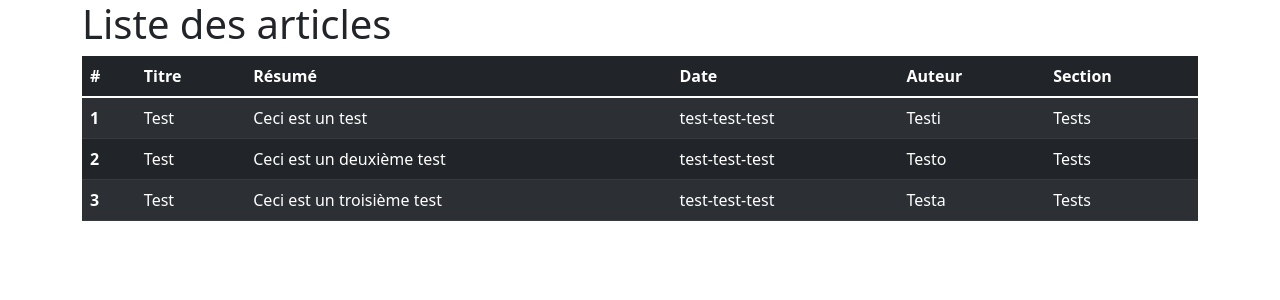
Repository: QuentinFayt/NewsWeb
Page: sources/adminNewsWeb/articlesList.html
The author's editor kept a copy of each file at every save. The page is drawn from the files as they stood at one save, then again after the next save.
The browser window is 1280 px wide. The pictures show the whole page.

Above is the page before, as saved 2021-12-23 11:54:19.

### sources/adminNewsWeb/articlesList.html
<!doctype html>
<html lang="fr">

<head>
    <meta charset="utf-8">
    <meta name="viewport" content="width=device-width, initial-scale=1">
    <link href="https://cdn.jsdelivr.net/npm/bootstrap@5.1.3/dist/css/bootstrap.min.css" rel="stylesheet" integrity="sha384-1BmE4kWBq78iYhFldvKuhfTAU6auU8tT94WrHftjDbrCEXSU1oBoqyl2QvZ6jIW3" crossorigin="anonymous">
    <title>Liste des articles</title>
</head>

<body>
    <main class="container">
        <h1>Liste des articles</h1>
        <table class="table table-dark table-striped">
            <thead>
                <tr>
                    <th scope="col">#</th>
                    <th scope="col">Titre</th>
                    <th scope="col">Résumé</th>
                    <th scope="col">Date</th>
                    <th scope="col">Auteur</th>
                    <th scope="col">Section</th>
                </tr>
            </thead>
            <tbody>
                <tr>
                    <th scope="row">1</th>
                    <td>Test</td>
                    <td>Ceci est un test</td>
                    <td>test-test-test</td>
                    <td>Testi</td>
                    <td>Tests</td>
                </tr>
                <tr>
                    <th scope="row">2</th>
                    <td>Test</td>
                    <td>Ceci est un deuxième test</td>
                    <td>test-test-test</td>
                    <td>Testo</td>
                    <td>Tests</td>
                </tr>
                <tr>
                    <th scope="row">3</th>
                    <td>Test</td>
                    <td>Ceci est un troisième test</td>
                    <td>test-test-test</td>
                    <td>Testa</td>
                    <td>Tests</td>
                </tr>
            </tbody>
        </table>
    </main>
    <script src="https://cdn.jsdelivr.net/npm/bootstrap@5.1.3/dist/js/bootstrap.bundle.min.js" integrity="sha384-ka7Sk0Gln4gmtz2MlQnikT1wXgYsOg+OMhuP+IlRH9sENBO0LRn5q+8nbTov4+1p" crossorigin="anonymous"></script>
</body>

</html>

After the next save:
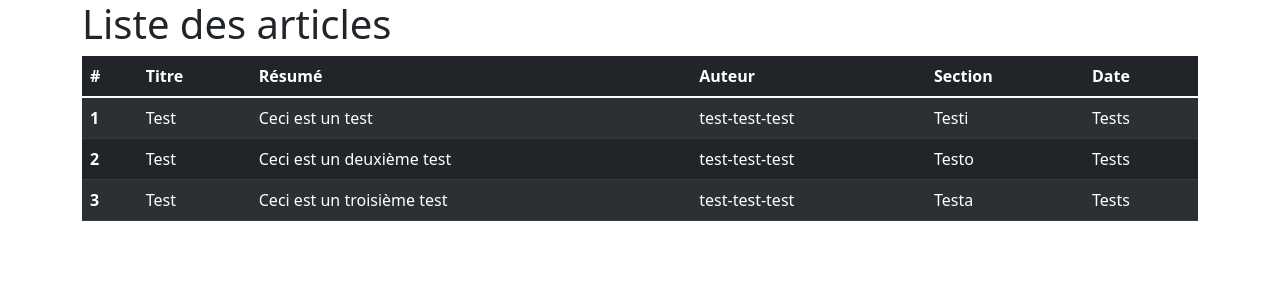
Saved 18 s later.
--- a/sources/adminNewsWeb/articlesList.html
+++ b/sources/adminNewsWeb/articlesList.html
@@ -17,9 +17,9 @@
                     <th scope="col">#</th>
                     <th scope="col">Titre</th>
                     <th scope="col">Résumé</th>
-                    <th scope="col">Date</th>
                     <th scope="col">Auteur</th>
                     <th scope="col">Section</th>
+                    <th scope="col">Date</th>
                 </tr>
             </thead>
             <tbody>
